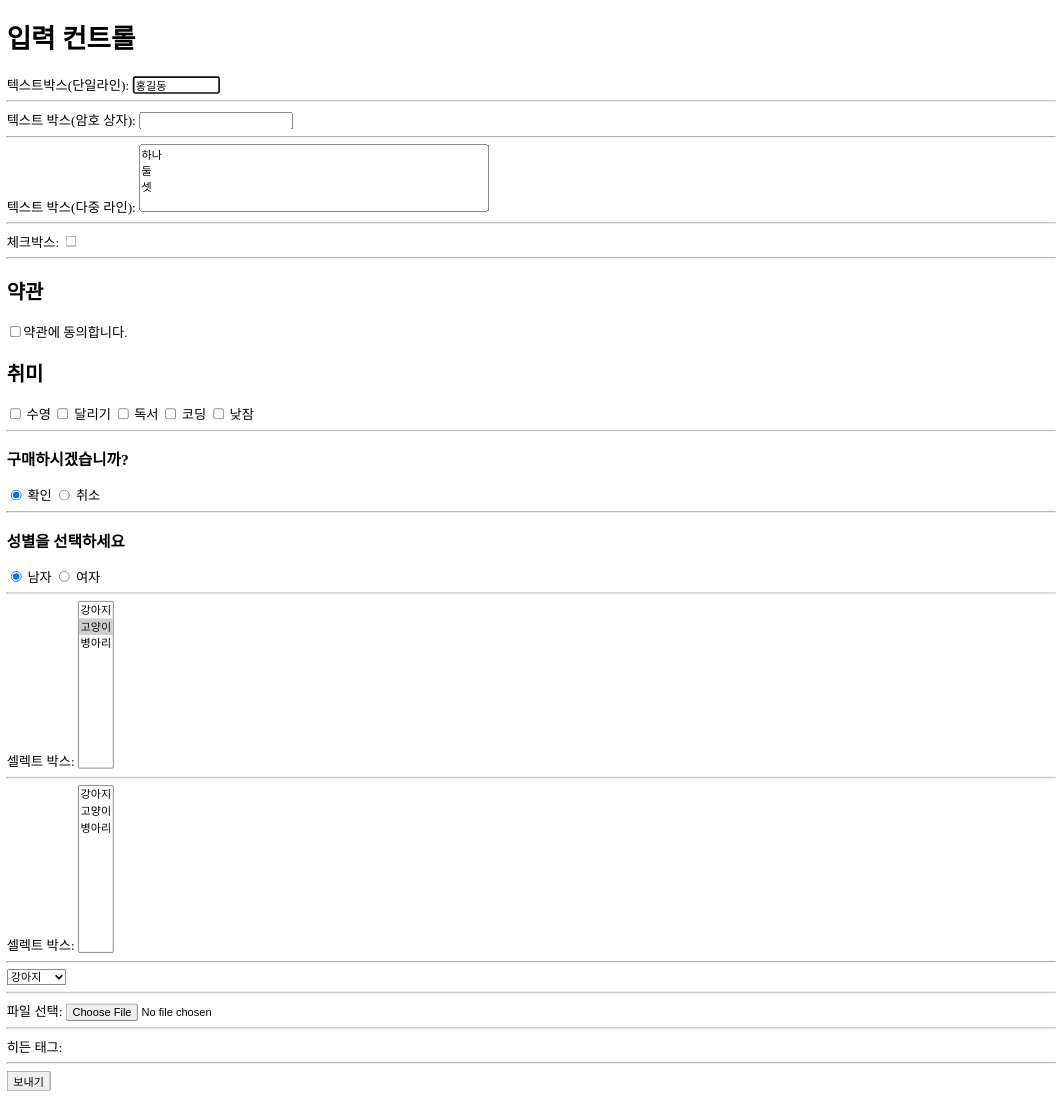
Repository: zzzzzzin/Client
Page: ClientTest/src/main/webapp/html/ex19_form.html
The author's editor kept a copy of each file at every save. The page is drawn from the files as they stood at one save, then again after the next save.
The browser window is 1280 px wide. The pictures show the whole page, at 83% of full size.

Above is the page before, as saved 2024-03-14 02:08:09.

After the next save:
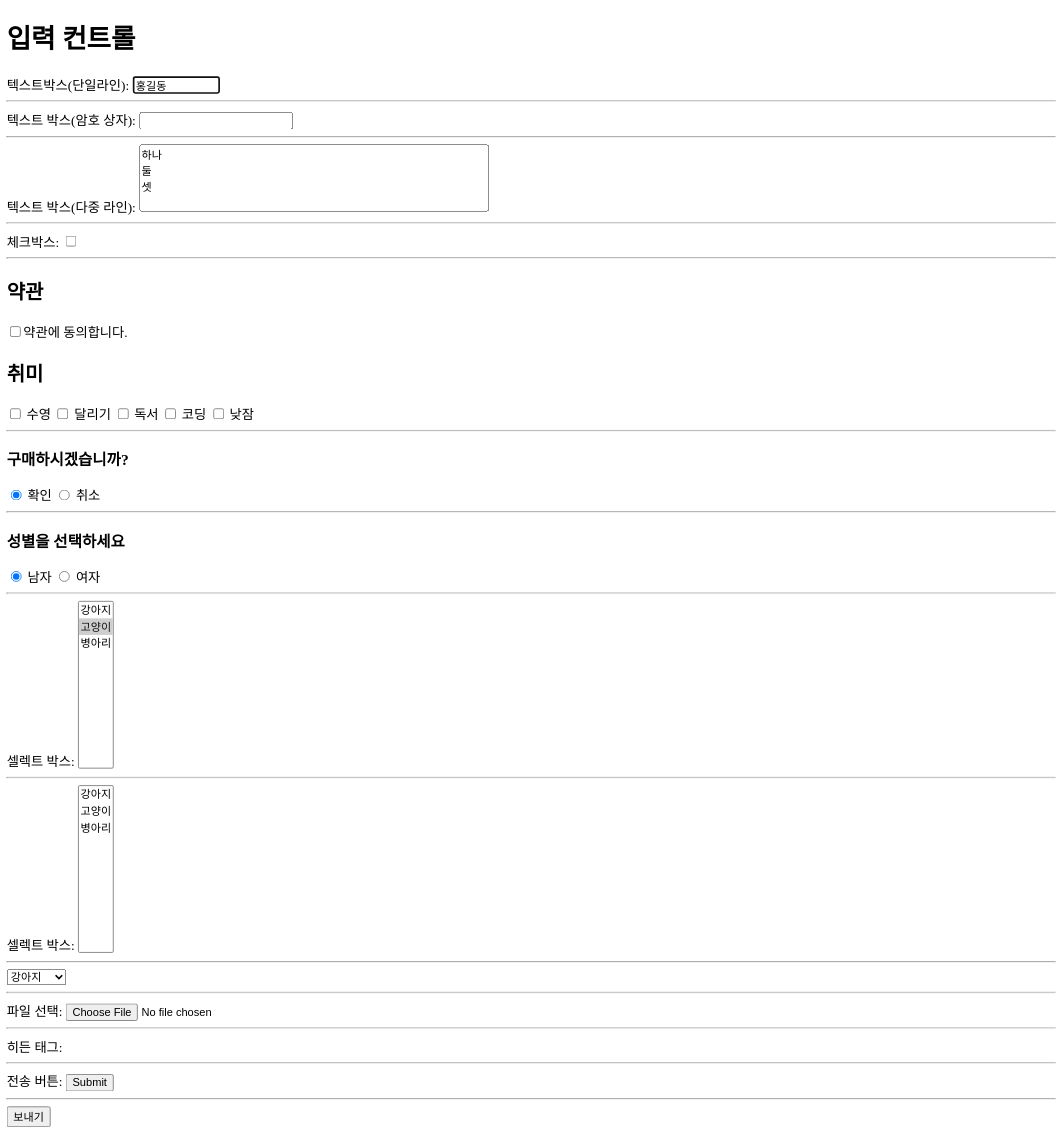
Saved 106 s later.
--- a/ClientTest/src/main/webapp/html/ex19_form.html
+++ b/ClientTest/src/main/webapp/html/ex19_form.html
@@ -159,7 +159,14 @@
 		-->
 		히든 태그: <input type="hidden">
 
+		<hr>
 
+		<!--
+			버튼류
+			-
+		-->
+
+		전송 버튼: <input type="submit">
 
 
 
